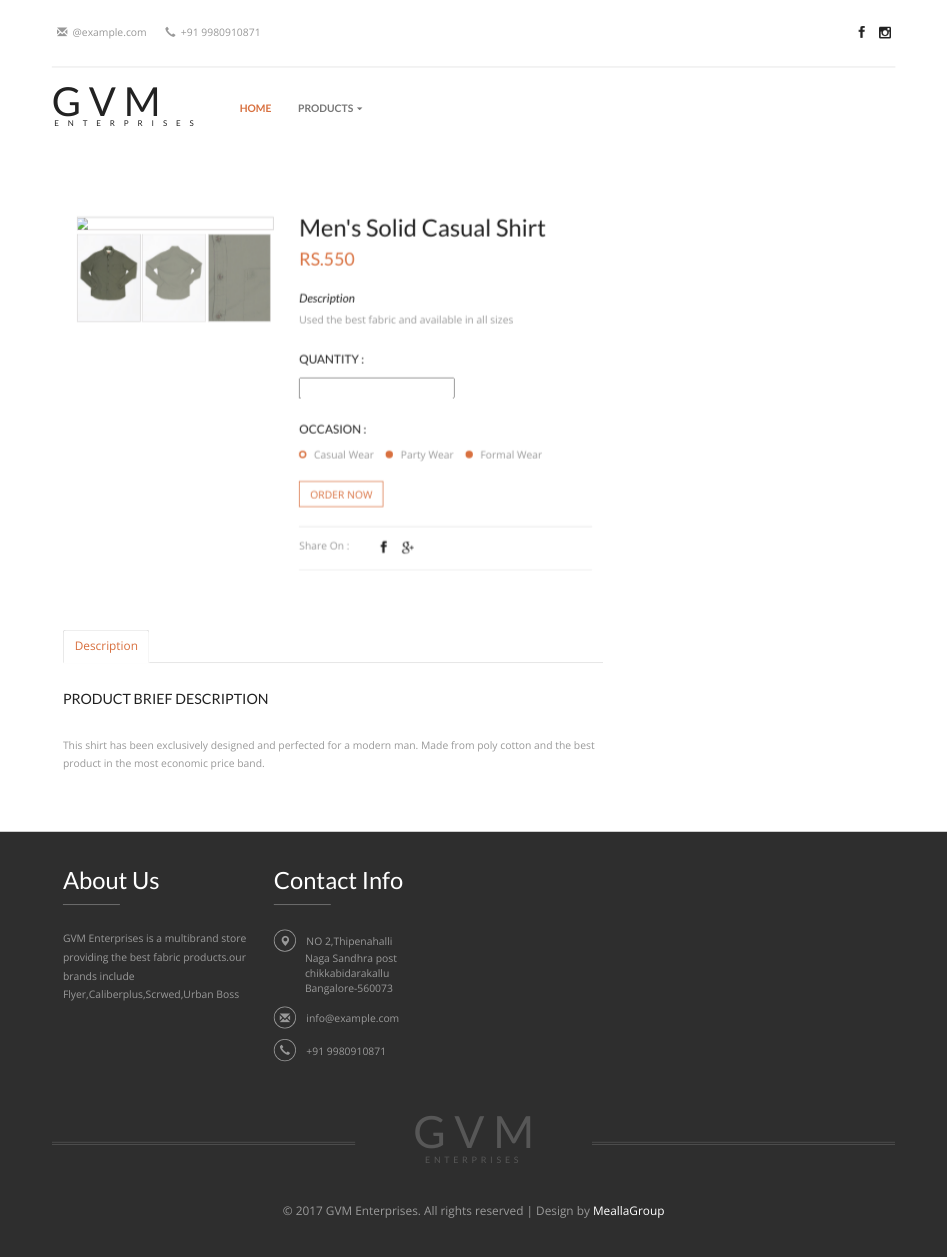
Repository: vinodmealla/flyerworkspace
Page: com.gvm.websample1/src/main/webapp/WEB-INF/single.html
These files come from the project's save history. The page is drawn as it stood at one moment and after the next save; the edit follows.
The browser window is 1280 px wide. The pictures show the whole page, at 74% of full size.

Above is the page before, as saved 2017-10-03 11:14:41.
Console error: TypeError: Cannot read properties of undefined (reading 'split')
Not found: com.gvm.websample1/src/main/webapp/WEB-INF/jj

### com.gvm.websample1/src/main/webapp/WEB-INF/single.html
<!--
Author: W3layouts
Author URL: http://w3layouts.com
License: Creative Commons Attribution 3.0 Unported
License URL: http://creativecommons.org/licenses/by/3.0/
-->
<!DOCTYPE html>
<html>
<head>
<title>Best Store a Ecommerce Online Shopping Category Flat Bootstrap Responsive Website Template | Home :: w3layouts</title>
<!-- for-mobile-apps -->
<meta name="viewport" content="width=device-width, initial-scale=1">
<meta http-equiv="Content-Type" content="text/html; charset=utf-8" />
<meta name="keywords" content="Best Store Responsive web template, Bootstrap Web Templates, Flat Web Templates, Android Compatible web template,
Smartphone Compatible web template, free webdesigns for Nokia, Samsung, LG, SonyEricsson, Motorola web design" />
<script type="application/x-javascript"> addEventListener("load", function() { setTimeout(hideURLbar, 0); }, false);
		function hideURLbar(){ window.scrollTo(0,1); } </script>
<!-- //for-mobile-apps -->
<link href="css/bootstrap.css" rel="stylesheet" type="text/css" media="all" />
<link href="css/style.css" rel="stylesheet" type="text/css" media="all" />
<!-- js -->
<script src="js/jquery.min.js"></script>
<!-- //js -->
<!-- cart -->
<script src="js/simpleCart.min.js"></script>
<!-- cart -->
<!-- for bootstrap working -->
<script type="text/javascript" src="js/bootstrap-3.1.1.min.js"></script>
<!-- //for bootstrap working -->
<link href='//fonts.googleapis.com/css?family=Open+Sans:400,300,300italic,400italic,600,600italic,700,700italic,800,800italic' rel='stylesheet' type='text/css'>
<link href='//fonts.googleapis.com/css?family=Lato:400,100,100italic,300,300italic,400italic,700,700italic,900,900italic' rel='stylesheet' type='text/css'>
<!-- timer -->
<link rel="stylesheet" href="css/jquery.countdown.css" />
<!-- //timer -->
<!-- animation-effect -->
<link href="css/animate.min.css" rel="stylesheet">
<script src="js/wow.min.js"></script>
<script>
 new WOW().init();
</script>
<!-- //animation-effect -->
</head>
	<script>

	var url=window.location.href;
	var imgurl=url.split("?");
	var img1=imgurl[1].split("=");
	var img=img1[1];
	document.getElementById('imagez1').src ="images/"+img;
	</script>
<body>
<!-- header -->
	<div class="header">
		<div class="container">
			<div class="header-grid">
				<div class="header-grid-left animated wow slideInLeft" data-wow-delay=".5s">
					<ul>
						<li><i class="glyphicon glyphicon-envelope" aria-hidden="true"></i><a href="mailto:info@example.com">@example.com</a></li>
						<li><i class="glyphicon glyphicon-earphone" aria-hidden="true"></i>+91 9980910871</li>
					</ul>
				</div>
				<div class="header-grid-right animated wow slideInRight" data-wow-delay=".5s">
					<ul class="social-icons">
						<li><a href="#" class="facebook"></a></li>
						<li><a href="#" class="instagram"></a></li>
					</ul>
				</div>
				<div class="clearfix"> </div>
			</div>
			<div class="logo-nav">
				<div class="logo-nav-left animated wow zoomIn" data-wow-delay=".5s">
					<h1><a href="index.html">G V M<span>Enterprises</span></a></h1>
				</div>
				<div class="logo-nav-left1">
					<nav class="navbar navbar-default">
					<!-- Brand and toggle get grouped for better mobile display -->
					<div class="navbar-header nav_2">
						<button type="button" class="navbar-toggle collapsed navbar-toggle1" data-toggle="collapse" data-target="#bs-megadropdown-tabs">
							<span class="sr-only">Toggle navigation</span>
							<span class="icon-bar"></span>
							<span class="icon-bar"></span>
							<span class="icon-bar"></span>
						</button>
					</div>
					<div class="collapse navbar-collapse" id="bs-megadropdown-tabs">
						<ul class="nav navbar-nav">
							<li class="active"><a href="index.html" class="act">Home</a></li>
							<!-- Mega Menu -->
							<li class="dropdown">
								<a href="#" class="dropdown-toggle" data-toggle="dropdown">Products <b class="caret"></b></a>
								<ul class="dropdown-menu multi-column columns-3">
									<div class="row">
										<div class="col-sm-4">
											<ul class="multi-column-dropdown">
												<h6>Men's Wear</h6>
												<li><a href="products.html">Clothing</a></li>

											</ul>
										</div>
									<!-- 	<div class="col-sm-4">
											<ul class="multi-column-dropdown">
												<h6>Women's Wear</h6>
												<li><a href="products.html">Clothing</a></li>
												<li><a href="products.html">Wallets,Bags</a></li>
												<li><a href="products.html">Footwear</a></li>
												<li><a href="products.html">Watches</a></li>
												<li><a href="products.html">Accessories</a></li>
												<li><a href="products.html">Jewellery</a></li>
												<li><a href="products.html">Beauty & Grooming</a></li>
											</ul>
										</div> -->
									<!-- 	<div class="col-sm-4">
											<ul class="multi-column-dropdown">
												<h6>Kid's Wear</h6>
												<li><a href="products.html">Kids Home Fashion</a></li>
												<li><a href="products.html">Boy's Clothing</a></li>
												<li><a href="products.html">Girl's Clothing</a></li>
												<li><a href="products.html">Shoes</a></li>
												<li><a href="products.html">Brand Stores</a></li>
											</ul>
										</div> -->
										<div class="clearfix"></div>
									</div>
								</ul>
							</li>
						<!-- 	<li class="dropdown">
								<a href="#" class="dropdown-toggle" data-toggle="dropdown">Furniture <b class="caret"></b></a>
								<ul class="dropdown-menu multi-column columns-3">
									<div class="row">
										<div class="col-sm-4">
											<ul class="multi-column-dropdown">
												<h6>Home Collection</h6>
												<li><a href="furniture.html">Cookware</a></li>
												<li><a href="furniture.html">Sofas</a></li>
												<li><a href="furniture.html">Dining Tables</a></li>
												<li><a href="furniture.html">Shoe Racks</a></li>
												<li><a href="furniture.html">Home Decor</a></li>
											</ul>
										</div>
										<div class="col-sm-4">
											<ul class="multi-column-dropdown">
												<h6>Office Collection</h6>
												<li><a href="furniture.html">Carpets</a></li>
												<li><a href="furniture.html">Tables</a></li>
												<li><a href="furniture.html">Sofas</a></li>
												<li><a href="furniture.html">Shoe Racks</a></li>
												<li><a href="furniture.html">Sockets</a></li>
												<li><a href="furniture.html">Electrical Machines</a></li>
											</ul>
										</div>
										<div class="col-sm-4">
											<ul class="multi-column-dropdown">
												<h6>Decorations</h6>
												<li><a href="furniture.html">Toys</a></li>
												<li><a href="furniture.html">Wall Clock</a></li>
												<li><a href="furniture.html">Lighting</a></li>
												<li><a href="furniture.html">Top Brands</a></li>
											</ul>
										</div>
										<div class="clearfix"></div>
									</div>
								</ul>
							</li> -->
							<!-- <li><a href="short-codes.html">Short Codes</a></li>
							<li><a href="mail.html">Mail Us</a></li> -->
						</ul>
					</div>
					</nav>
				</div>
				<div class="logo-nav-right">
					<div class="search-box">
					<!-- 	<div id="sb-search" class="sb-search">
							<form>
								<input class="sb-search-input" placeholder="Enter your search term..." type="search" id="search">
								<input class="sb-search-submit" type="submit" value="">
								<span class="sb-icon-search"> </span>
							</form>
						</div> -->
					</div>
						<!-- search-scripts -->
						<script src="js/classie.js"></script>
						<!-- <script src="js/uisearch.js"></script>
							<script>
								new UISearch( document.getElementById( 'sb-search' ) );
							</script> -->
						<!-- //search-scripts -->
				</div>
			<!-- 	<div class="header-right">
					<div class="cart box_1">
						<a href="checkout.html">
							<h3> <div class="total">
								<span class="simpleCart_total"></span> (<span id="simpleCart_quantity" class="simpleCart_quantity"></span> items)</div>
								<img src="images/bag.png" alt="" />
							</h3>
						</a>
						<p><a href="javascript:;" class="simpleCart_empty">Empty Cart</a></p>
						<div class="clearfix"> </div>
					</div>
				</div> -->
				<div class="clearfix"> </div>
			</div>
		</div>
	</div>
<!-- //header -->
<!-- banner -->
	<div class="single">
		<div class="container">
			<!-- <div class="col-md-4 products-left"> -->
				<!-- <div class="filter-price animated wow slideInUp" data-wow-delay=".5s">
					<h3>Filter By Price</h3>
					<ul class="dropdown-menu1">
							<li><a href="">
							<div id="slider-range"></div>
							<input type="text" id="amount" style="border: 0" />
							</a></li>
					</ul>
						<script type='text/javascript'>//<![CDATA[
						$(window).load(function(){
						 $( "#slider-range" ).slider({
								range: true,
								min: 0,
								max: 100000,
								values: [ 10000, 60000 ],
								slide: function( event, ui ) {  $( "#amount" ).val( "$" + ui.values[ 0 ] + " - $" + ui.values[ 1 ] );
								}
					 });
					$( "#amount" ).val( "$" + $( "#slider-range" ).slider( "values", 0 ) + " - $" + $( "#slider-range" ).slider( "values", 1 ) );


						});//]]>
						</script>
						<script type="text/javascript" src="js/jquery-ui.min.js"></script>

				</div> -->
			<!-- 	<div class="categories animated wow slideInUp" data-wow-delay=".5s">
					<h3>Categories</h3>
					<ul class="cate">
						<li><a href="products.html">Best Selling</a> <span>(15)</span></li>
						<li><a href="products.html">Home Collections</a> <span>(16)</span></li>
							<ul>
								<li><a href="products.html">Cookware</a> <span>(2)</span></li>
								<li><a href="products.html">New Arrivals</a> <span>(0)</span></li>
								<li><a href="products.html">Home Decore</a> <span>(1)</span></li>
							</ul>
						<li><a href="products.html">Decorations</a> <span>(15)</span></li>
							<ul>
								<li><a href="products.html">Wall Clock</a> <span>(2)</span></li>
								<li><a href="products.html">New Arrivals</a> <span>(0)</span></li>
								<li><a href="products.html">Lighting</a> <span>(1)</span></li>
								<li><a href="products.html">Top Brands</a> <span>(0)</span></li>
							</ul>
					</ul>
				</div> -->
			<!-- 	<div class="men-position animated wow slideInUp" data-wow-delay=".5s">
					<a href="single.html"><img src="images/29.jpg" alt=" " class="img-responsive" /></a>
					<div class="men-position-pos">
						<h4>Summer collection</h4>
						<h5><span>55%</span> Flat Discount</h5>
					</div>
				</div> -->
			<!-- </div> -->
			<div class="col-md-8 single-right">
				<div class="col-md-5 single-right-left animated wow slideInUp" data-wow-delay=".5s">
					<div class="flexslider">
						<ul class="slides">
							<li data-thumb="images/si.jpg">
								<div class="thumb-image"> <img src="jj" data-imagezoom="true" class="img-responsive" id="imagez1"> </div>
							</li>
							<li data-thumb="images/si1.jpg">
								 <div class="thumb-image"> <img src="" data-imagezoom="true" class="img-responsive" id="imagez2"> </div>
							</li>
							<li data-thumb="images/si2.jpg">
							   <div class="thumb-image"> <img src="" data-imagezoom="true" class="img-responsive" id="imagez3"> </div>
							</li>
						</ul>
					</div>
					<!-- flixslider -->
						<script defer src="js/jquery.flexslider.js"></script>
						<link rel="stylesheet" href="css/flexslider.css" type="text/css" media="screen" />
						<script>
						// Can also be used with $(document).ready()
						$(window).load(function() {
						  $('.flexslider').flexslider({
							animation: "slide",
							controlNav: "thumbnails"
						  });
						});
						</script>
					<!-- flixslider -->
				</div>
				<div class="col-md-7 single-right-left simpleCart_shelfItem animated wow slideInRight" data-wow-delay=".5s">
					<h3>Men's Solid Casual Shirt</h3>
					<h4><span class="item_price">RS.550</span></h4>
				<!-- 	<div class="rating1">
						<span class="starRating">
							<input id="rating5" type="radio" name="rating" value="5">
							<label for="rating5">5</label>
							<input id="rating4" type="radio" name="rating" value="4">
							<label for="rating4">4</label>
							<input id="rating3" type="radio" name="rating" value="3" checked>
							<label for="rating3">3</label>
							<input id="rating2" type="radio" name="rating" value="2">
							<label for="rating2">2</label>
							<input id="rating1" type="radio" name="rating" value="1">
							<label for="rating1">1</label>
						</span>
					</div> -->
					<div class="description">
						<h5><i>Description</i></h5>
						<p>Used the best fabric and available in all sizes </p>
					</div>
					<!-- <div class="color-quality"> -->
						<!-- <div class="color-quality-left">
							<h5>Color : </h5>
							<ul>
								<li><a href="#"><span></span>Red</a></li>
								<li><a href="#" class="brown"><span></span>Yellow</a></li>
								<li><a href="#" class="purple"><span></span>Purple</a></li>
								<li><a href="#" class="gray"><span></span>Violet</a></li>
							</ul>
						</div> -->
						<div class="color-quality-left">
							<h5>Quantity :</h5><input type="text" name="quantity" />
						<!-- 	<select id="country1" onchange="change_country(this.value)" class="frm-field required sect">
								<option value="null">5 Qty</option>
								<option value="null">6 Qty</option>
								<option value="null">7 Qty</option>
								<option value="null">10 Qty</option>
								<option value="null">11 Qty</option>
								<option value="null">12 Qty</option>
								<option value="null">7 Qty</option>
								<option value="null">10 Qty</option>
							</select> -->
						</div>
						<div class="clearfix"> </div>
					<!-- </div> -->
					<div class="occasional">
						<h5>Occasion :</h5>
						<div class="colr ert">
							<label class="radio"><input type="radio" name="radio" checked=""><i></i>Casual Wear</label>
						</div>
						<div class="colr">
							<label class="radio"><input type="radio" name="radio"><i></i>Party Wear</label>
						</div>
						<div class="colr">
							<label class="radio"><input type="radio" name="radio"><i></i>Formal Wear</label>
						</div>
						<div class="clearfix"> </div>
					</div>
					<div class="occasion-cart">
						<a class="item_add" href="#">Order Now </a>
					</div>
					<div class="social">
						<div class="social-left">
							<p>Share On :</p>
						</div>
						<div class="social-right">
							<ul class="social-icons">
								<li><a href="#" class="facebook"></a></li>
								<li><a href="#" class="g"></a></li>
							</ul>
						</div>
						<div class="clearfix"> </div>
					</div>
				</div>
				<div class="clearfix"> </div>
				<div class="bootstrap-tab animated wow slideInUp" data-wow-delay=".5s">
					<div class="bs-example bs-example-tabs" role="tabpanel" data-example-id="togglable-tabs">
						<ul id="myTab" class="nav nav-tabs" role="tablist">
							<li role="presentation" class="active"><a href="#home" id="home-tab" role="tab" data-toggle="tab" aria-controls="home" aria-expanded="true">Description</a></li>
							<!-- <li role="presentation"><a href="#profile" role="tab" id="profile-tab" data-toggle="tab" aria-controls="profile">Reviews(2)</a></li>
							<li role="presentation" class="dropdown">
								<a href="#" id="myTabDrop1" class="dropdown-toggle" data-toggle="dropdown" aria-controls="myTabDrop1-contents">Information <span class="caret"></span></a>
								<ul class="dropdown-menu" role="menu" aria-labelledby="myTabDrop1" id="myTabDrop1-contents">
									<li><a href="#dropdown1" tabindex="-1" role="tab" id="dropdown1-tab" data-toggle="tab" aria-controls="dropdown1">cleanse</a></li>
									<li><a href="#dropdown2" tabindex="-1" role="tab" id="dropdown2-tab" data-toggle="tab" aria-controls="dropdown2">fanny</a></li>
								</ul>
							</li> -->
						</ul>
						<div id="myTabContent" class="tab-content">
							<div role="tabpanel" class="tab-pane fade in active bootstrap-tab-text" id="home" aria-labelledby="home-tab">
								<h5>Product Brief Description</h5>
								<p> This shirt has been exclusively designed and perfected for a modern man. Made from poly cotton and the best product in the most economic price band.
									</p>
							</div>
							<div role="tabpanel" class="tab-pane fade bootstrap-tab-text" id="profile" aria-labelledby="profile-tab">
								<div class="bootstrap-tab-text-grids">
									<div class="bootstrap-tab-text-grid">
										<div class="bootstrap-tab-text-grid-left">
											<img src="images/4.png" alt=" " class="img-responsive" />
										</div>
										<div class="bootstrap-tab-text-grid-right">
											<ul>
												<li><a href="#">Admin</a></li>
												<li><a href="#"><span class="glyphicon glyphicon-share" aria-hidden="true"></span>Reply</a></li>
											</ul>
											<p>Ut enim ad minima veniam, quis nostrum exercitationem ullam corporis
												suscipit laboriosam, nisi ut aliquid ex ea commodi consequatur? Quis autem
												vel eum iure reprehenderit.</p>
										</div>
										<div class="clearfix"> </div>
									</div>
									<div class="bootstrap-tab-text-grid">
										<div class="bootstrap-tab-text-grid-left">
											<img src="images/5.png" alt=" " class="img-responsive" />
										</div>
										<div class="bootstrap-tab-text-grid-right">
											<ul>
												<li><a href="#">Admin</a></li>
												<li><a href="#"><span class="glyphicon glyphicon-share" aria-hidden="true"></span>Reply</a></li>
											</ul>
											<p>Ut enim ad minima veniam, quis nostrum exercitationem ullam corporis
												suscipit laboriosam, nisi ut aliquid ex ea commodi consequatur? Quis autem
												vel eum iure reprehenderit.</p>
										</div>
										<div class="clearfix"> </div>
									</div>
									<div class="add-review">
										<h4>add a review</h4>
										<form>
											<input type="text" value="Name" onfocus="this.value = '';" onblur="if (this.value == '') {this.value = 'Name';}" required="">
											<input type="email" value="Email" onfocus="this.value = '';" onblur="if (this.value == '') {this.value = 'Email';}" required="">
											<input type="text" value="Subject" onfocus="this.value = '';" onblur="if (this.value == '') {this.value = 'Subject';}" required="">
											<textarea type="text"  onfocus="this.value = '';" onblur="if (this.value == '') {this.value = 'Message...';}" required="">Message...</textarea>
											<input type="submit" value="Send" >
										</form>
									</div>
								</div>
							</div>
							<div role="tabpanel" class="tab-pane fade bootstrap-tab-text" id="dropdown1" aria-labelledby="dropdown1-tab">
								<p>Etsy mixtape wayfarers, ethical wes anderson tofu before they sold out mcsweeney's organic lomo retro fanny pack lo-fi farm-to-table readymade. Messenger bag gentrify pitchfork tattooed craft beer, iphone skateboard locavore carles etsy salvia banksy hoodie helvetica. DIY synth PBR banksy irony. Leggings gentrify squid 8-bit cred pitchfork. Williamsburg banh mi whatever gluten-free, carles pitchfork biodiesel fixie etsy retro mlkshk vice blog. Scenester cred you probably haven't heard of them, vinyl craft beer blog stumptown. Pitchfork sustainable tofu synth chambray yr.</p>
							</div>
							<div role="tabpanel" class="tab-pane fade bootstrap-tab-text" id="dropdown2" aria-labelledby="dropdown2-tab">
								<p>Trust fund seitan letterpress, keytar raw denim keffiyeh etsy art party before they sold out master cleanse gluten-free squid scenester freegan cosby sweater. Fanny pack portland seitan DIY, art party locavore wolf cliche high life echo park Austin. Cred vinyl keffiyeh DIY salvia PBR, banh mi before they sold out farm-to-table VHS viral locavore cosby sweater. Lomo wolf viral, mustache readymade thundercats keffiyeh craft beer marfa ethical. Wolf salvia freegan, sartorial keffiyeh echo park vegan.</p>
							</div>
						</div>
					</div>
				</div>
			</div>
			<div class="clearfix"> </div>
		</div>
	</div>
<!-- //single -->
<!-- single-related-products -->

<!-- //single-related-products -->
<!-- footer -->
	<div class="footer">
		<div class="container">
			<div class="footer-grids">
				<div class="col-md-3 footer-grid animated wow slideInLeft" data-wow-delay=".5s">
					<h3>About Us</h3>
					<p>GVM Enterprises is a multibrand store providing the best fabric products.our brands include Flyer,Caliberplus,Scrwed,Urban Boss</span></p>
				</div>
				<div class="col-md-3 footer-grid animated wow slideInLeft" data-wow-delay=".6s">
					<h3>Contact Info</h3>
					<ul>
						<li><i class="glyphicon glyphicon-map-marker" aria-hidden="true"></i>NO 2,Thipenahalli</span><span>Naga Sandhra post</span><span>chikkabidarakallu </span><span>Bangalore-560073</span></li>
						<li><i class="glyphicon glyphicon-envelope" aria-hidden="true"></i><a href="mailto:info@example.com">info@example.com</a></li>
						<li><i class="glyphicon glyphicon-earphone" aria-hidden="true"></i>+91 9980910871</li>
					</ul>
				</div>


				<div class="clearfix"> </div>
			</div>
			<div class="footer-logo animated wow slideInUp" data-wow-delay=".5s">
				<h2><a href="index.html">G V M <span>Enterprises</span></a></h2>
			</div>
			<div class="copy-right animated wow slideInUp" data-wow-delay=".5s">
				<p>&copy 2017 GVM Enterprises. All rights reserved | Design by <a href="http://w3layouts.com/">MeallaGroup</a></p>
			</div>
		</div>
	</div>
<!-- //footer -->
</body>
</html>

Loaded but not shown: com.gvm.websample1/src/main/webapp/WEB-INF/css/bootstrap.css (library); com.gvm.websample1/src/main/webapp/WEB-INF/js/jquery.min.js (library); com.gvm.websample1/src/main/webapp/WEB-INF/js/simpleCart.min.js (library); com.gvm.websample1/src/main/webapp/WEB-INF/js/bootstrap-3.1.1.min.js (library); com.gvm.websample1/src/main/webapp/WEB-INF/css/jquery.countdown.css (common file); com.gvm.websample1/src/main/webapp/WEB-INF/css/animate.min.css (library); com.gvm.websample1/src/main/webapp/WEB-INF/js/wow.min.js (library); com.gvm.websample1/src/main/webapp/WEB-INF/js/classie.js (common file); com.gvm.websample1/src/main/webapp/WEB-INF/css/flexslider.css (common file); com.gvm.websample1/src/main/webapp/WEB-INF/js/jquery.flexslider.js (library); com.gvm.websample1/src/main/webapp/WEB-INF/css/style.css (3839 lines, source omitted)

After the next save:
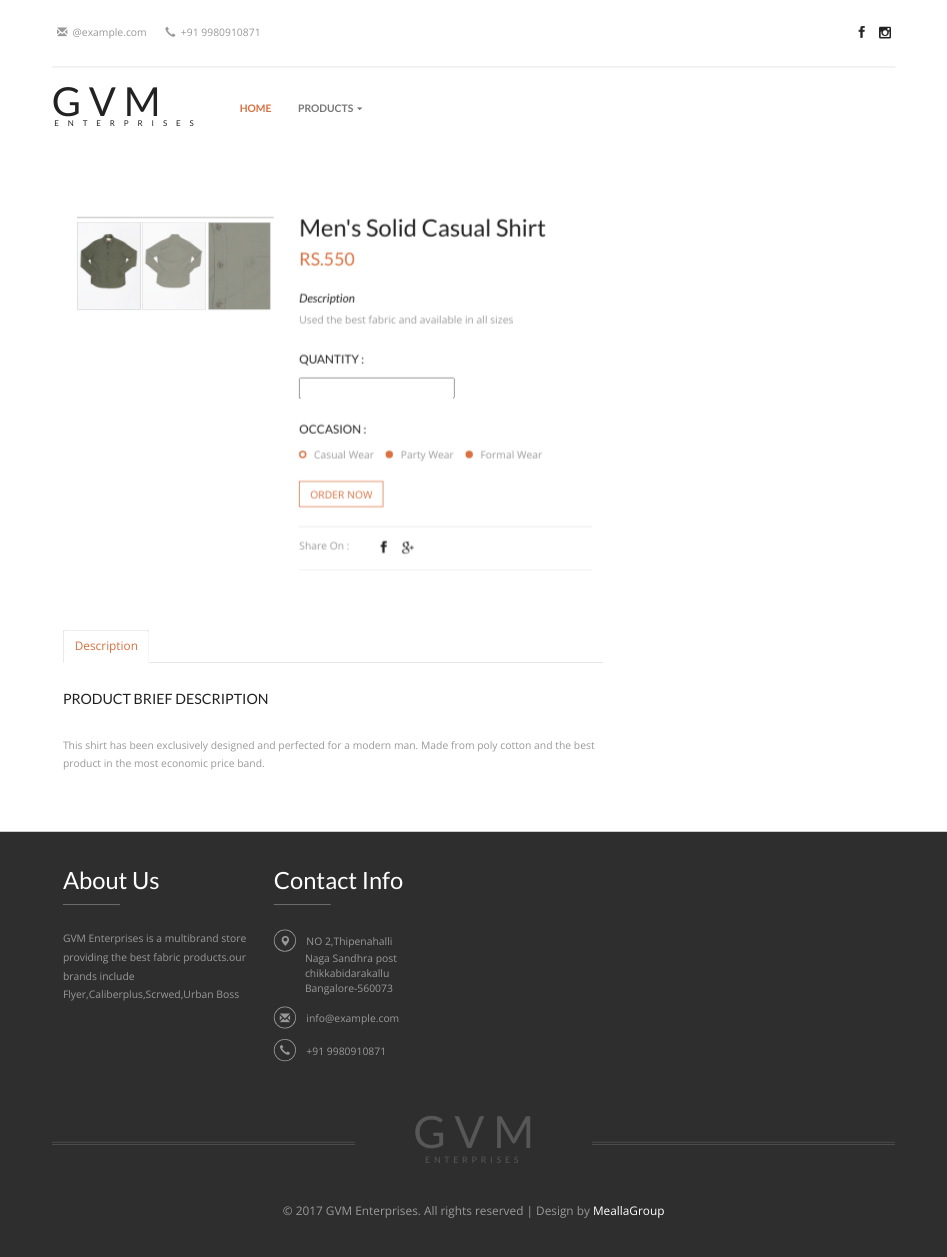
Saved 11 s later.
--- a/com.gvm.websample1/src/main/webapp/WEB-INF/single.html
+++ b/com.gvm.websample1/src/main/webapp/WEB-INF/single.html
@@ -264,10 +264,10 @@
 					<div class="flexslider">
 						<ul class="slides">
 							<li data-thumb="images/si.jpg">
-								<div class="thumb-image"> <img src="jj" data-imagezoom="true" class="img-responsive" id="imagez1"> </div>
+								<div class="thumb-image"> <img src=" " data-imagezoom="true" class="img-responsive" id="imagez1"> </div>
 							</li>
 							<li data-thumb="images/si1.jpg">
-								 <div class="thumb-image"> <img src="" data-imagezoom="true" class="img-responsive" id="imagez2"> </div>
+								 <div class="thumb-image"> <img src=" " data-imagezoom="true" class="img-responsive" id="imagez2"> </div>
 							</li>
 							<li data-thumb="images/si2.jpg">
 							   <div class="thumb-image"> <img src="" data-imagezoom="true" class="img-responsive" id="imagez3"> </div>
